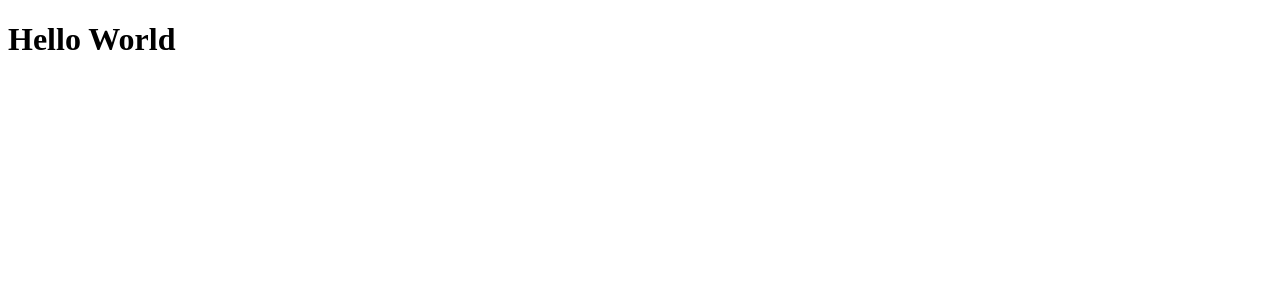
Repository: KyawKyawLin19/vue-socketio
Page: index.html
These files come from the project's save history. The page is drawn as it stood at one moment and after the next save; the edit follows.
The browser window is 1280 px wide. The pictures show the whole page.
The page's requests for data from a server got no answer. Some web libraries are served in a nearby version.

Above is the page before, as saved 2024-05-10 03:06:29.

After the next save:
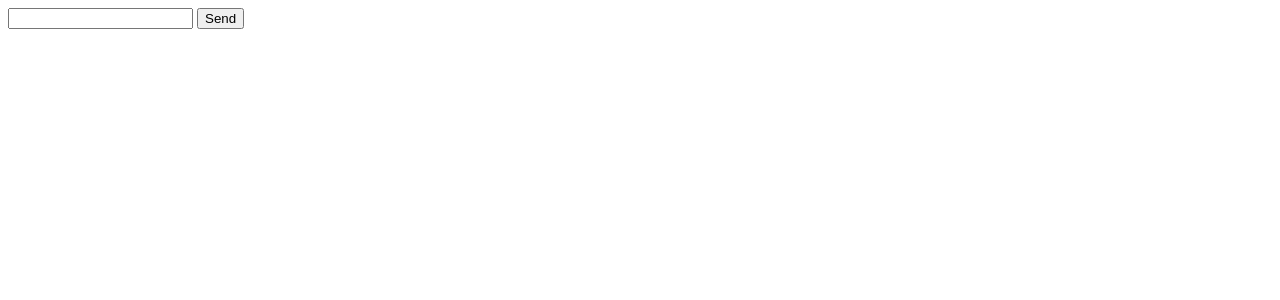
Saved 2 min 18 s later.
--- a/index.html
+++ b/index.html
@@ -10,7 +10,10 @@
     </head>
     <body>
 
-        <h1>Hello World</h1>
+        <form action="">
+            <input type="text" id="chat">
+            <button>Send</button>
+        </form>
 
         <script src="https://cdn.socket.io/4.7.5/socket.io.min.js" crossorigin="anonymous"></script>
         <script type="text/javascript">
